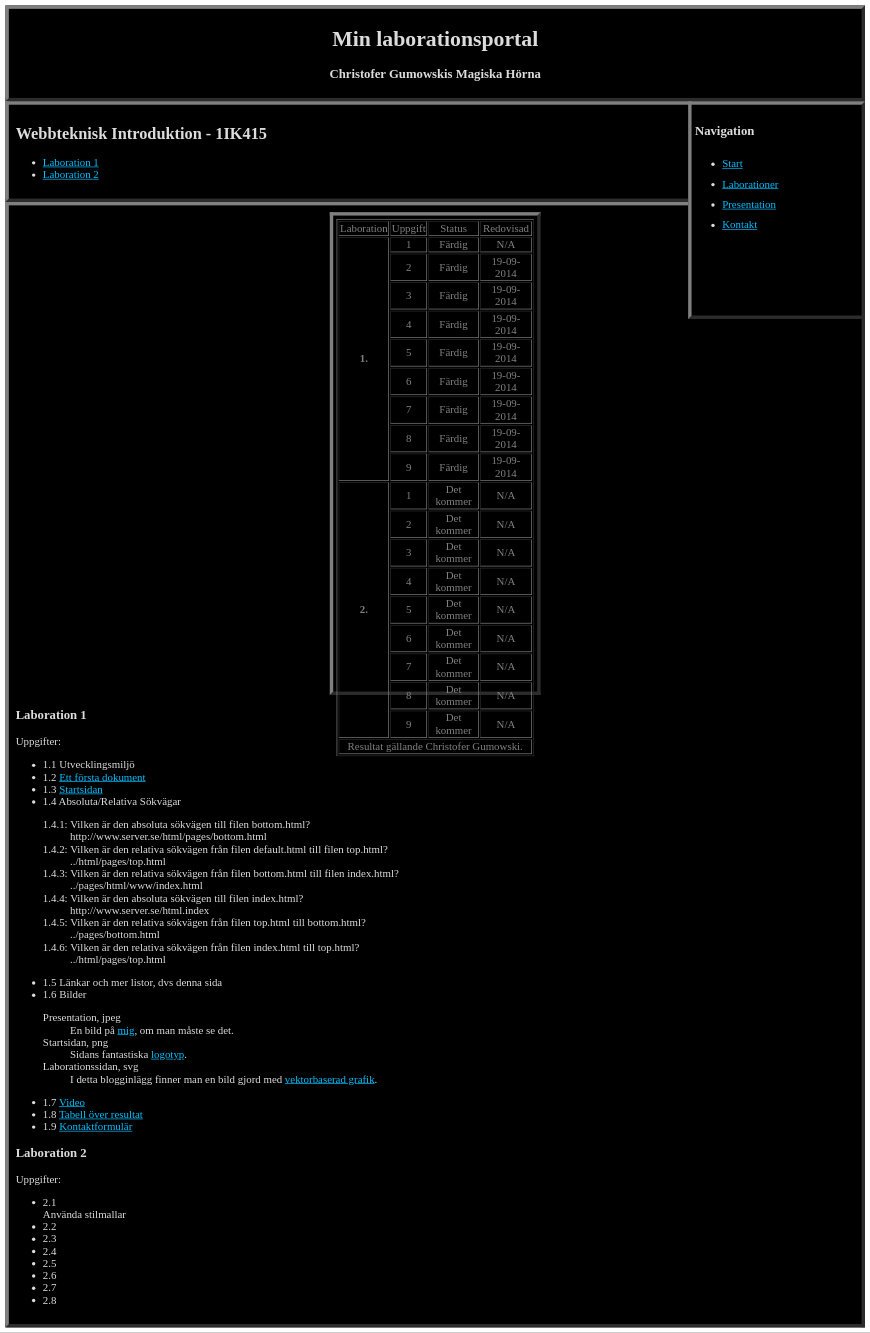
Repository: cg222im/1IK415_cg222im
Page: pages/laborationer.html
The author's editor kept a record of every edit. The page is drawn from the files as they stood at one moment, then again after the next edit.
The browser window is 1280 px wide. The pictures show the whole page, at 68% of full size.

Above is the page before.

After the next edit:
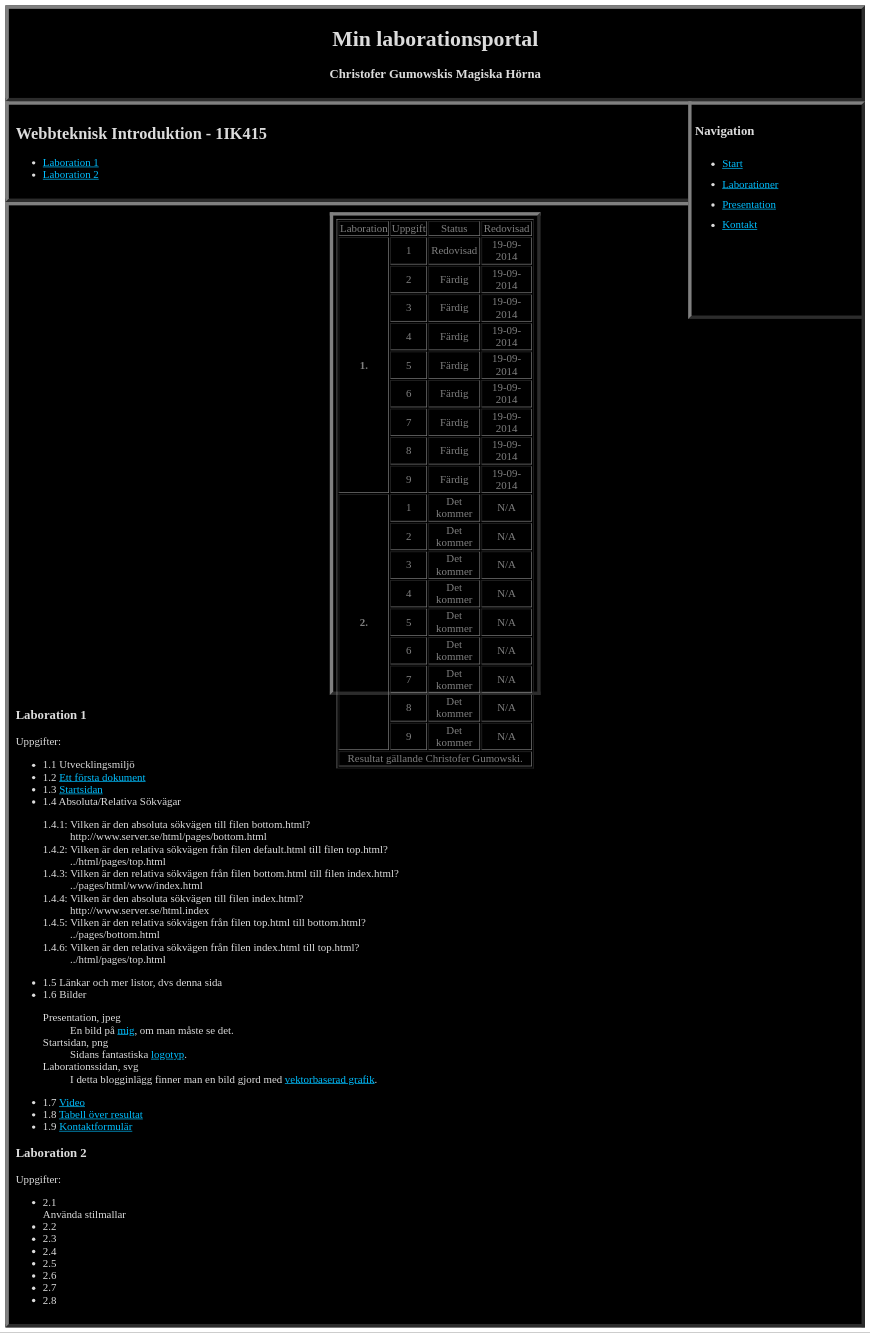
The edit:
--- a/pages/laborationer.html
+++ b/pages/laborationer.html
@@ -57,7 +57,7 @@
                 <tbody>
                   <tr>
                     <th rowspan="9">1.</th>
-                    <td>1</td><td>Färdig</td><td>N/A</td>
+                    <td>1</td><td>Redovisad</td><td>19-09-2014</td>
                   </tr>
                     <tr><td>2</td><td>Färdig</td><td>19-09-2014</td></tr>
                     <tr><td>3</td><td>Färdig</td><td>19-09-2014</td></tr>
